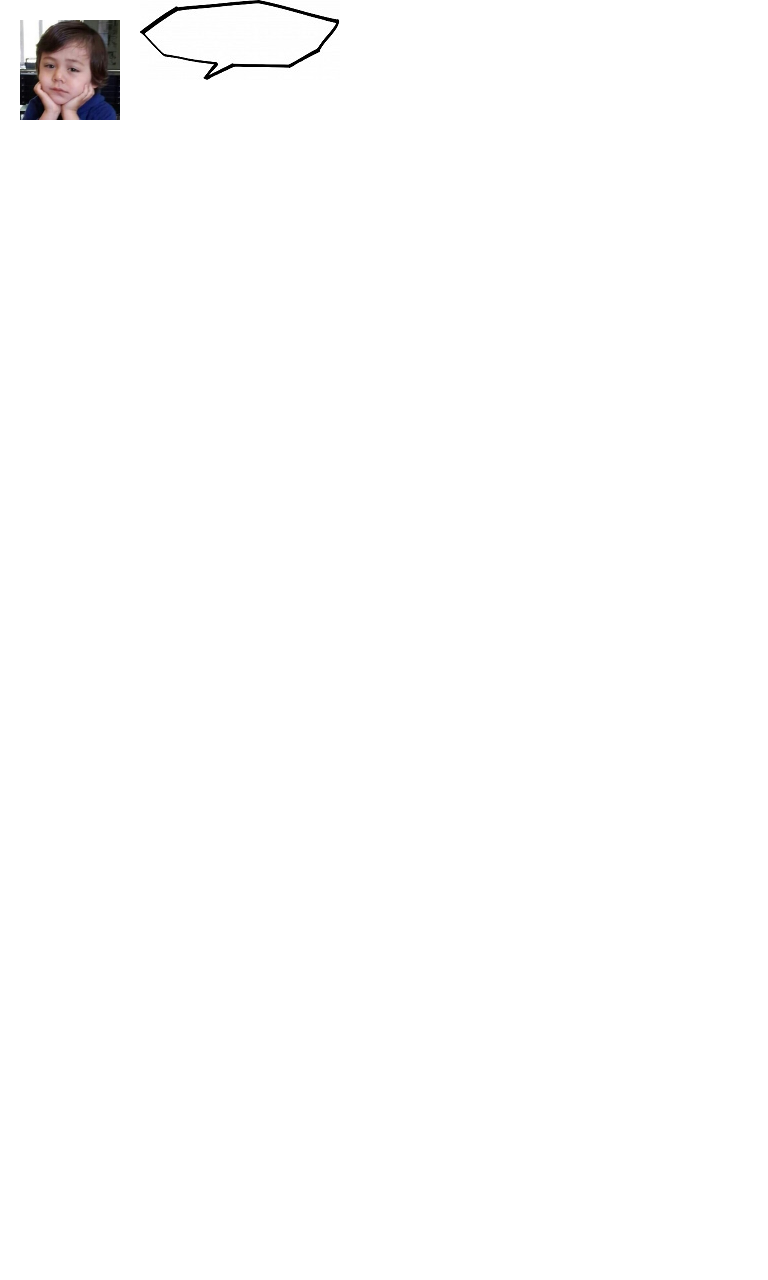
Repository: A203/chenying
Layout: day6/TulingDemo/res/layout/left_item.xml
An editor plug-in stored every save of this project. The layout is shown before and after the next save, followed by the edit.
It is drawn on a 768 x 1280 px phone screen (xhdpi) without system bars, with theme AppTheme; the app's code is not run.

Above is the layout before, as saved 2015-07-15 07:57:02.

After the next save:
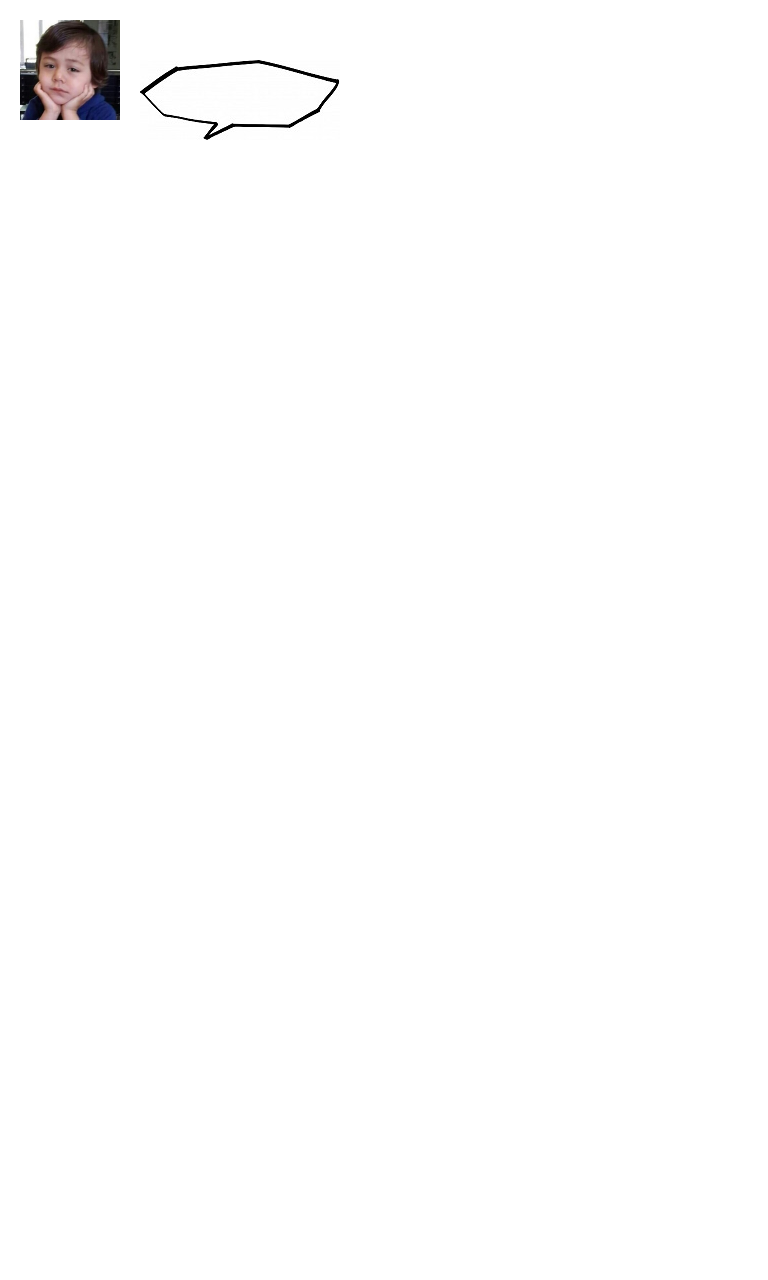
Saved 27 min 12 s later.
--- a/day6/TulingDemo/res/layout/left_item.xml
+++ b/day6/TulingDemo/res/layout/left_item.xml
@@ -22,6 +22,7 @@
         android:layout_height="wrap_content"
         android:layout_marginRight="50dp"
         android:layout_toRightOf="@id/iv"
+        android:layout_alignBottom="@id/iv"
         android:background="@drawable/zuoduihua"
         android:gravity="center" />
 
